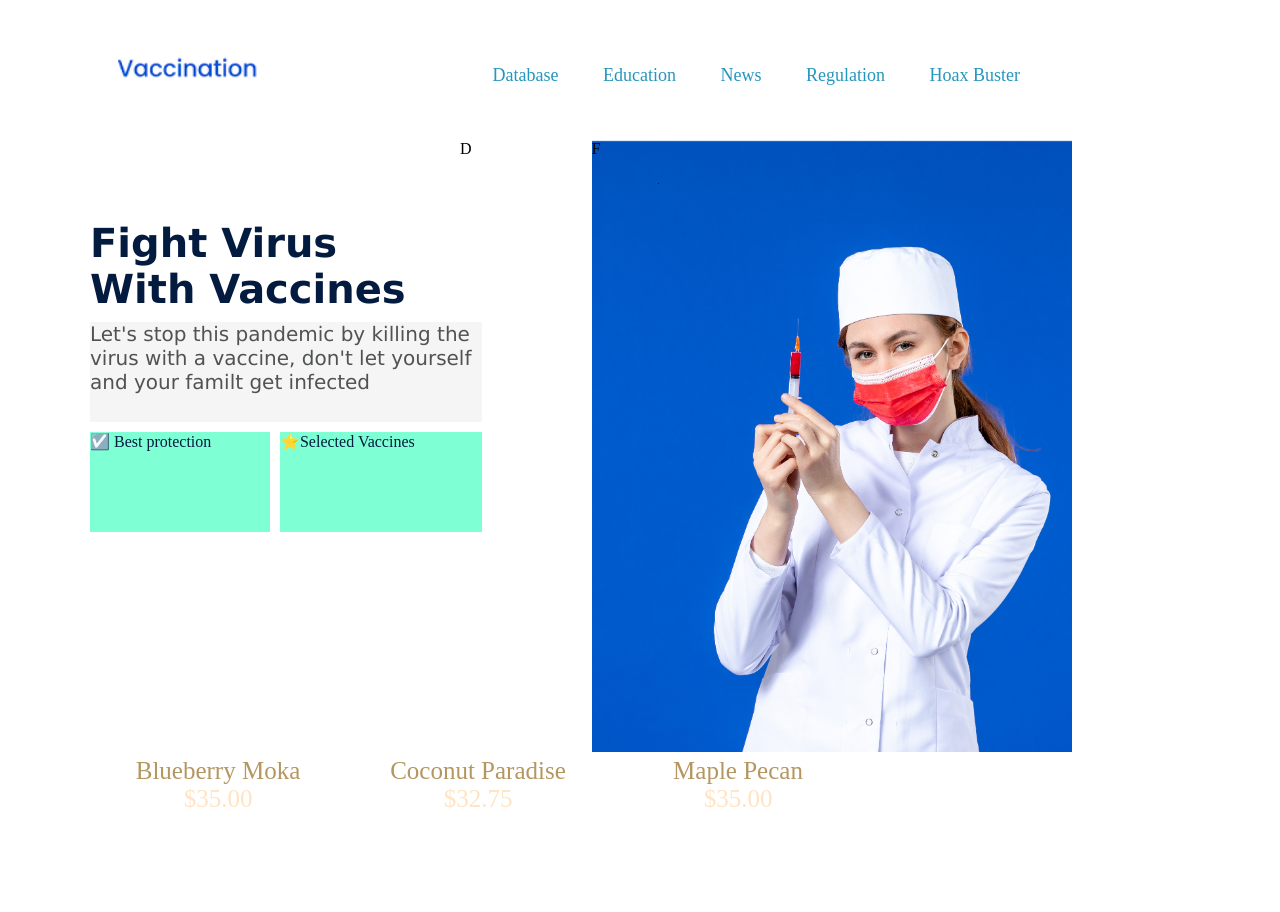
Repository: roge64/cssfrontend
Page: index.html
These files come from the project's save history. The page is drawn as it stood at one moment and after the next save; the edit follows.
The browser window is 1280 px wide. The pictures show the part of the page from y = 0 to 912 px (the page is 2228 px tall).
A picture or video elsewhere on the page could not be fetched, so the positions and the page height are approximate.

Above is the page before, as saved 2022-03-10 16:54:34.

### index.html
<!DOCTYPE html>
<html lang="en">

<head>
    <meta charset="UTF-8">
    <meta http-equiv="X-UA-Compatible" content="IE=edge">
    <meta name="viewport" content="width=device-width, initial-scale=1.0">
    <title>3 Cakes</title>
    <link rel="stylesheet" href="estilos/estilos.css">


</head>

<body>

    <section id="container">

        <header>
            <!--             <p style="color:#b49760"> Only 3 cakes for 3 months, and then we change all! </p> -->

        </header>

    <section id="banner">

        <article id="banner1">

        </article>

        <article id="banner2">
            <ul class="menu">
                <li><a href="#home"></a>Database</li>
                <li><a href="#cakes"></a>Education</li>
                <li><a href="#decor"></a>News</li>
                <li><a href="#order"></a>Regulation</li>
                <li><a href="#admin"></a>Hoax Buster</li>
                <!-- <li><a href="#void"></a>   </li> -->
            </ul>
        </article>

    </section>


<!--     <section id="tienda">
        <article id="cake1"> </article>
        <article id="cake2"> </article>
        <div class="wrapper">
            <div class="box e">E</div>
            <div class="box f">F</div>
            <div class="box g">G</div>
            <div class="box h">H</div>
        </div>
    </section> -->

    <div class="wrapper">
        <div class="box d">D</div>
        <div class="box e" style="color:#041b40">Fight Virus With Vaccines</div>
        <div class="box f">F</div>
        <div class="box g" style="color:#515254"> Let's stop this pandemic by killing the virus with a vaccine, don't let yourself and your familt get infected</div>
        <div class="box h" style="color:#041b40">☑️ Best protection</div>
        <div class="box i" style="color:#041b40"> ⭐Selected Vaccines</div>
    </div>

    <section id="names">
        <article id="name1">
            <p style="color:#b49760"> Blueberry Moka</p>
            <p style="color: bisque"> $35.00</p>
        </article>
        <article id="name2">
            <p style="color:#b49760"> Coconut Paradise</p>
            <p style="color: bisque"> $32.75</p>
        </article>
        <article id="name3">
            <p style="color:#b49760"> Maple Pecan</p>
            <p style="color: bisque"> $35.00</p>
        </article>
    </section>

    <section id="separador">


    </section>

    <section id="social">
        <article id="social1">
            <a href="#"><img src="img/instagram.png" alt="instagram"></a>
            <a href="#"><img src="img/facebook.png" alt="facebook"></a>
            <a href="#"><img src="img/youtube.png" alt="youtube"></a>
            <a href="#"><img src="img/twitter.png" alt="twitter"></a>
        </article>

        <article id="social2">
            <div id="lte_icons-2" class="widget widget_lte_icons">
                <h3 class="lte-header-widget " style="color:bisque"><span class="widget-icon"></span>Contact us
                </h3>
                <ul class="lte-social-icons-list">
                    <li>
                        <a href="#"><span class="lte-ic icon icon-phone-call"></span><span class="lte-header"
                                style="color:bisque">Phone:</span><span class="lte-txt" style="color:#b49760">+52
                                01-2345-6789<br> </span>
                        </a>
                    </li>
                    <li>
                        <a href="#"><span class="lte-ic icon icon-location"></span><span class="lte-header"
                                style="color:bisque">Our location:</span><span class="lte-txt" style="color:#b49760">975
                                FrontEnd Ave, NA 105048, Unknown</span>
                        </a>
                    </li>
                    <li>
                        <a href="#"><span class="lte-ic icon icon-mail"></span><span class="lte-header"
                                style="color:bisque">Email:</span><span class="lte-txt"
                                style="color:#b49760">3cakes@3cakes.com</span>
                        </a>
                    </li>
                    <li>
                        <a href="#">
                            <span class="lte-ic icon icon-mail"></span>
                            <span class="lte-header" style="color:bisque">Hours:</span>
                            <span class="lte-txt" style="color:#b49760">Monday - Friday: 10:00 - 20:00</span>
                            <br>
                            <span class="lte-txt" style="color:#b49760">Saturday -Sunday: 10:00 - 14:00</span>
                        </a>
                    </li>
                </ul>
            </div>

        </article>
    </section>


    <footer>
        <p style="color:#b49760"> Copyright &copy; 2021-<script>
                document.write(new Date().getFullYear())
            </script> Rogelio Valdés All Rights Reserved</p>
        <article id="footer1"></article>
    </footer>

    </section>

</body>

</html>

### estilos/estilos.css
*{
    border: 0 ;
    margin: 0 ;
    padding: 0;
/*     text-decoration: none; */
}

body{
/*     font-family: Geneva; */
    background-color: rgb(0, 0, 0);
    width:1100px;
    margin-left:auto;
    margin-right:auto;

    background-color:white;
/* background-image:
radial-gradient(circle at 100% 150%, black 24%, #101010 24%, #101010 28%, black 28%, black 36%, #101010 36%, #101010 40%, transparent 40%, transparent),
radial-gradient(circle at 0    150%, black 24%, #101010 24%, #101010 28%, black 28%, black 35%, #101010 36%, #101010 40%, transparent 40%, transparent),
radial-gradient(circle at 50%  100%, #101010 10%, black 10%, black 23%, #101010 23%, #101010 30%, black 30%, black 43%, #101010 43%, #101010 50%, black 50%, black 63%, #101010 63%, #101010 71%, transparent 71%, transparent),
radial-gradient(circle at 100% 50%, #101010 5%, black 5%, black 15%, #101010 15%, #101010 20%, black 20%, black 29%, #101010 29%, #101010 34%, black 34%, black 44%, #101010 44%, #101010 49%, transparent 49%, transparent),
radial-gradient(circle at 0    50%, #101010 5%, black 5%, black 15%, #101010 15%, #101010 20%, black 20%, black 29%, #101010 29%, #101010 34%, black 34%, black 44%, #101010 44%, #101010 48%, transparent 49%, transparent);
background-size: 50px 31px;
 */
}

.menu{
    list-style: none;
    padding: 0;
    background: white;
    width: 90%;
    height: 75px;
    max-width: 900px;
    margin: auto;
}

.menu li{
    text-decoration: none;
    color: #2596be;
    padding: 20px;
    display: block;
}

.menu li{
    display: inline-block;
    text-align: right;
}

.menu li:hover{
    background: #2747c5;
}


#container, header, #banner, #noticias, #marcas, footer, #social1{
    /* background-color:rgb(255, 255, 255); */
    background-color:white;
/* background-image:
radial-gradient(circle at 100% 150%, black 24%, #101010 24%, #101010 28%, black 28%, black 36%, #101010 36%, #101010 40%, transparent 40%, transparent),
radial-gradient(circle at 0    150%, black 24%, #101010 24%, #101010 28%, black 28%, black 35%, #101010 36%, #101010 40%, transparent 40%, transparent),
radial-gradient(circle at 50%  100%, #101010 10%, black 10%, black 23%, #101010 23%, #101010 30%, black 30%, black 43%, #101010 43%, #101010 50%, black 50%, black 63%, #101010 63%, #101010 71%, transparent 71%, transparent),
radial-gradient(circle at 100% 50%, #101010 5%, black 5%, black 15%, #101010 15%, #101010 20%, black 20%, black 29%, #101010 29%, #101010 34%, black 34%, black 44%, #101010 44%, #101010 49%, transparent 49%, transparent),
radial-gradient(circle at 0    50%, #101010 5%, black 5%, black 15%, #101010 15%, #101010 20%, black 20%, black 29%, #101010 29%, #101010 34%, black 34%, black 44%, #101010 44%, #101010 48%, transparent 49%, transparent);
background-size: 50px 31px;
 */
    height: 1500px;
    width: 1100px;

}

header{
/*     background-color:antiquewhite;
 */
    height: 40px;
    text-align: center;
    font-size: x-large;

}

#banner{
    background-color:white;
/*     background-color:rgb(25, 25, 25); */
    width: 1100px;
    height: 100px;


}


#noticias{
/*     background-color: antiquewhite;
 */
    height: 200px;
}

#tienda #names{
/*     background-color: grey; */
/* background-color:black;
background-image:
radial-gradient(circle at 100% 150%, black 24%, #101010 24%, #101010 28%, black 28%, black 36%, #101010 36%, #101010 40%, transparent 40%, transparent),
radial-gradient(circle at 0    150%, black 24%, #101010 24%, #101010 28%, black 28%, black 35%, #101010 36%, #101010 40%, transparent 40%, transparent),
radial-gradient(circle at 50%  100%, #101010 10%, black 10%, black 23%, #101010 23%, #101010 30%, black 30%, black 43%, #101010 43%, #101010 50%, black 50%, black 63%, #101010 63%, #101010 71%, transparent 71%, transparent),
radial-gradient(circle at 100% 50%, #101010 5%, black 5%, black 15%, #101010 15%, #101010 20%, black 20%, black 29%, #101010 29%, #101010 34%, black 34%, black 44%, #101010 44%, #101010 49%, transparent 49%, transparent),
radial-gradient(circle at 0    50%, #101010 5%, black 5%, black 15%, #101010 15%, #101010 20%, black 20%, black 29%, #101010 29%, #101010 34%, black 34%, black 44%, #101010 44%, #101010 48%, transparent 49%, transparent);
background-size: 50px 31px; */

    height: 300px;
    width: 1000px;
    padding-left: 10px;
    padding-right: 10px;
    padding-top: 5px;
    text-align: center;
}

#marcas{
/*     background-color:rgb(58, 41, 18); */
    height: 205px;
}


footer{
    width: 800px;
/*     background-color:rgb(0, 0, 0); */
    text-align: center;
    height: 25px;
    padding-top: 7px;

}


#banner #banner1{
/*     background-color: rgb(180, 134, 73); */
    width: 170px;
    height: 50px;
    float: left;
    text-align: center;
/*     display: inline-block; */
    margin: 5px 5px;
    background-image: url("../img/logo1.png");
    background-repeat: no-repeat;
    background-size: cover;
}

#banner #banner2{
/*     background-color: rgb(180, 134, 73); */
    width: 750px;
    height: 100px;
    float: right;
/*     display: inline-block; */
    /* vertical-align: center;  */
    margin: 5px 5px;
    font-size: 18px;
}

#noticias #news1{
/*     background-color: rgb(41, 38, 34); */
    font-size: 50px;

    text-align: center;
    width: 790px;
    height: 200px;
    display: inline-block;
    vertical-align: center;
    margin: 5px 5px;

}


#tienda #cake1{
    background: rgb(109, 175, 33);
    width: 480px;
    height: 485px;
    display: inline-block;
    vertical-align: top;
    margin: 5px 8px;

}

#tienda #cake2{
    background: cornflowerblue;
    width: 450px;
    height: 585px;
    display: inline-block;
    vertical-align: top;
    margin: 5px 70px;
    background-image: url("../img/picx1.png");
    background-repeat: no-repeat;
    background-size: cover;
}

/* #tienda #cake3{
    background: rgb(175, 169, 112);
    width: 240px;
    height: 285px;
    display: inline-block;
    vertical-align: top;
    margin: 5px 5px;
} */

#names #name1{
    font-size: 25px;
    text-align: center;
    width: 240px;
    height: 60px;
    display: inline-block;
    vertical-align: top;
    margin: 5px 8px;
}

#names #name2{
    font-size: 25px;
    text-align: center;
    width: 240px;
    height: 60px;
    display: inline-block;
    vertical-align: top;
    margin: 5px 8px;
}

#names #name3{
    font-size: 25px;
    text-align: center;
    width: 240px;
    height: 60px;
    display: inline-block;
    vertical-align: top;
    margin: 5px 8px;
}

#social #social1{
    text-decoration: none;
/*     background: rgb(109, 175, 33); */
    width: 375px;
    height: 150px;
    display: inline-block;
    vertical-align: center;
    margin: 10px 12px;
}

#social #social2{
    text-decoration: none;
/*     background: rgb(109, 175, 33); */
    width: 375px;
    height: 150px;
    display: inline-block;
    vertical-align: center;
    margin: 10px 10px;
}

#social #social1 {
    color: rgb(175, 169, 112);


}

#separador {
        width: 800px;
        text-align: center;
        height: 100px;

}

.wrapper {
    display: grid;
    grid-template-columns: repeat(1, 1fr);
    gap: 10px;
    grid-auto-rows: minmax(100px, auto);
  }


  .e {
    grid-column: 1 / 38;
    grid-row: 1 / 2;
    margin-top: 80px;
    background-color:white;
    font-family:Verdana, Geneva, Tahoma, sans-serif;
    font-size: 40px;
    font-weight: 600;
    font-stretch: expanded;
  }
  .f {
    grid-column: 50 / 99;
    grid-row: 1 / 6;
    background-color:aqua;
    background-image: url("../img/picx1.png");
    background-repeat: no-repeat;
    background-size: cover;

  }
  .g {
    grid-column: 1 / 40;
    grid-row: 2 / 3;
    margin-top: 20;
    background-color:whitesmoke;
    font-family:Verdana, Geneva, Tahoma, sans-serif;
    font-size: 20px;
    font-weight: 500;
    font-stretch: expanded;
  }
  .h {
    grid-column: 1 / 20;
    grid-row: 3 / 3;
    background-color:aquamarine;
  }
  .i {
    grid-column: 20 / 40;
    grid-row: 3 / 3;
    background-color:aquamarine;
  }

After the next save:
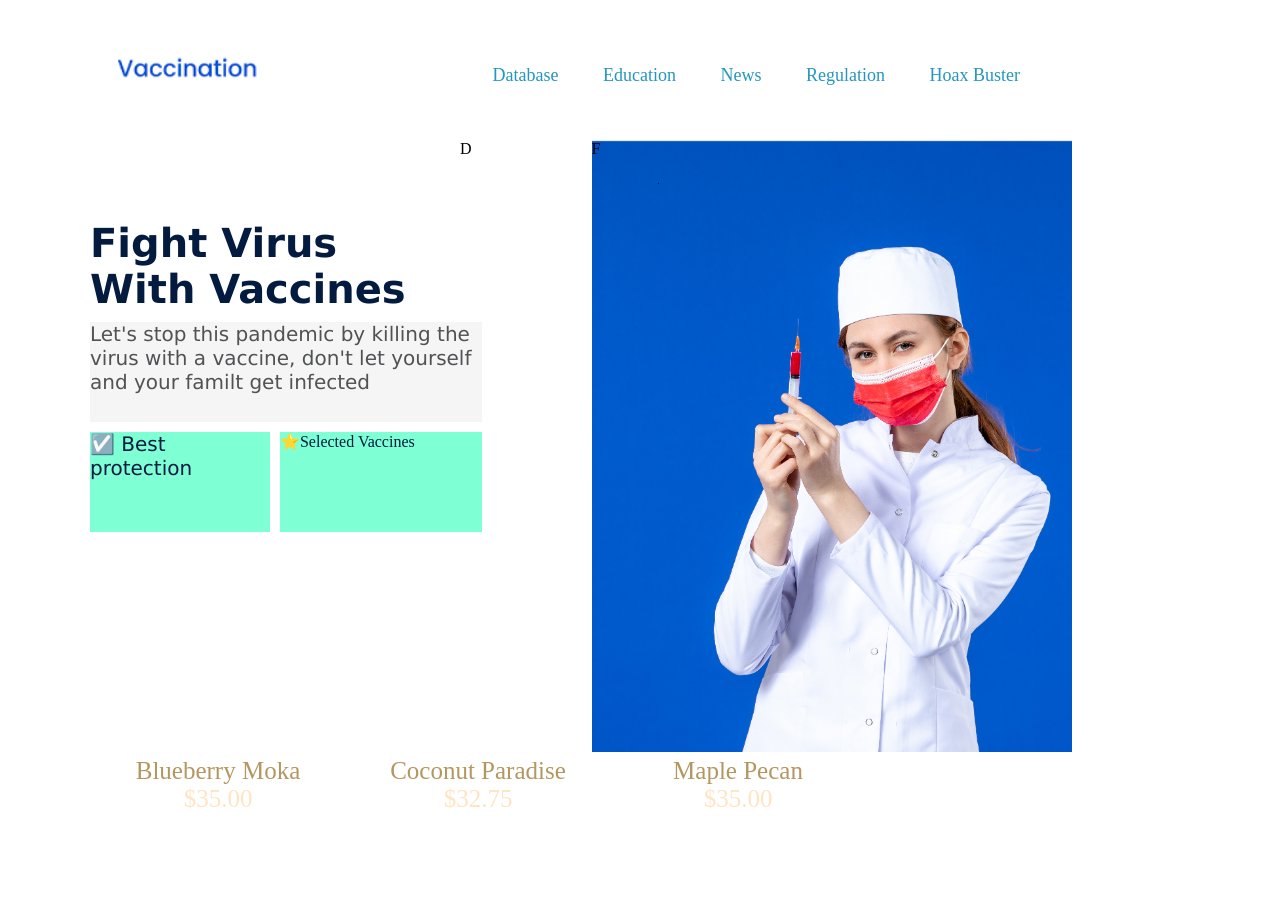
Saved 27 s later.
--- a/estilos/estilos.css
+++ b/estilos/estilos.css
@@ -299,6 +299,10 @@
     grid-column: 1 / 20;
     grid-row: 3 / 3;
     background-color:aquamarine;
+    font-family:Verdana, Geneva, Tahoma, sans-serif;
+    font-size: 20px;
+    font-weight: 500;
+    font-stretch: expanded;
   }
   .i {
     grid-column: 20 / 40;

After the save that followed:
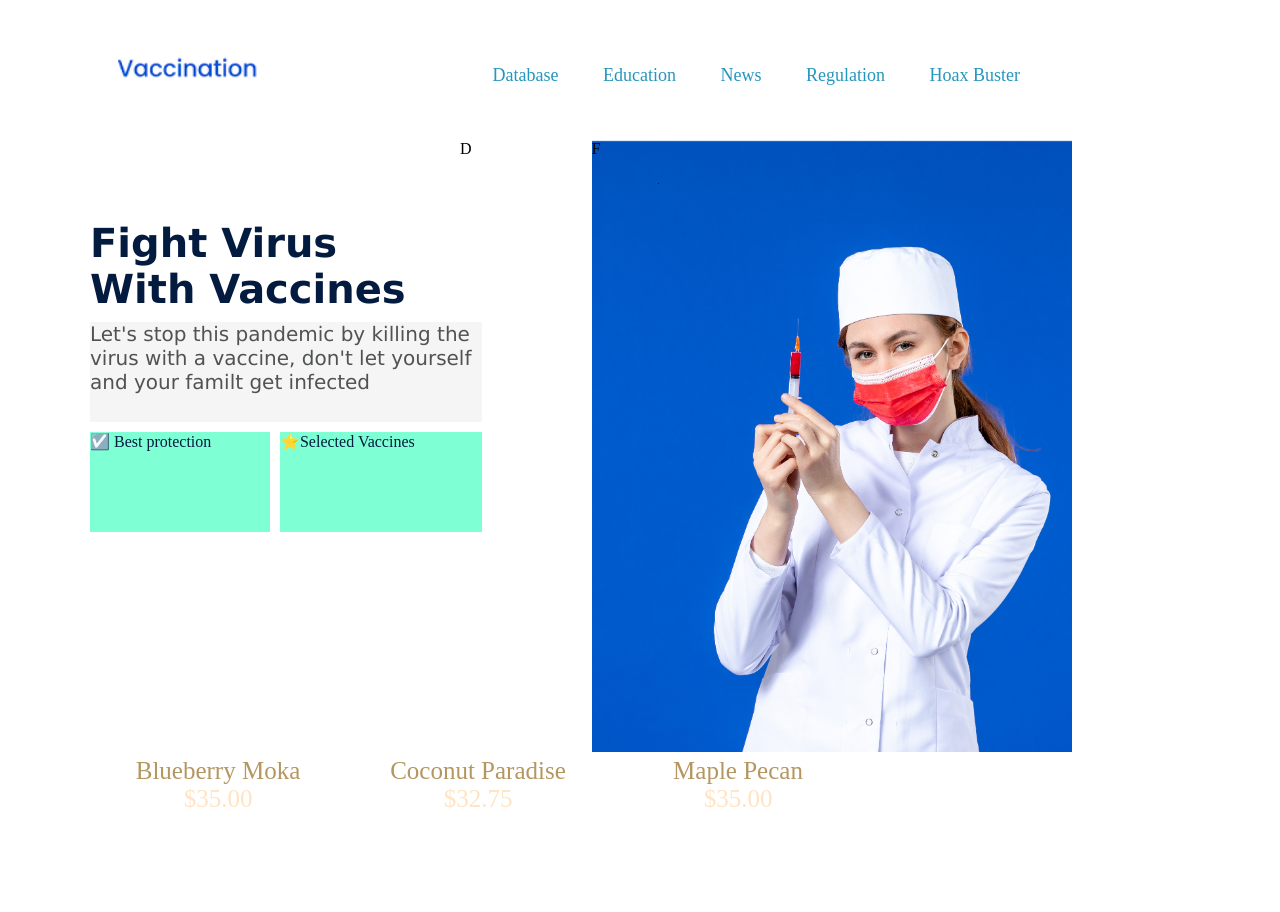
Saved 24 s later.
--- a/estilos/estilos.css
+++ b/estilos/estilos.css
@@ -299,10 +299,7 @@
     grid-column: 1 / 20;
     grid-row: 3 / 3;
     background-color:aquamarine;
-    font-family:Verdana, Geneva, Tahoma, sans-serif;
-    font-size: 20px;
-    font-weight: 500;
-    font-stretch: expanded;
+
   }
   .i {
     grid-column: 20 / 40;
